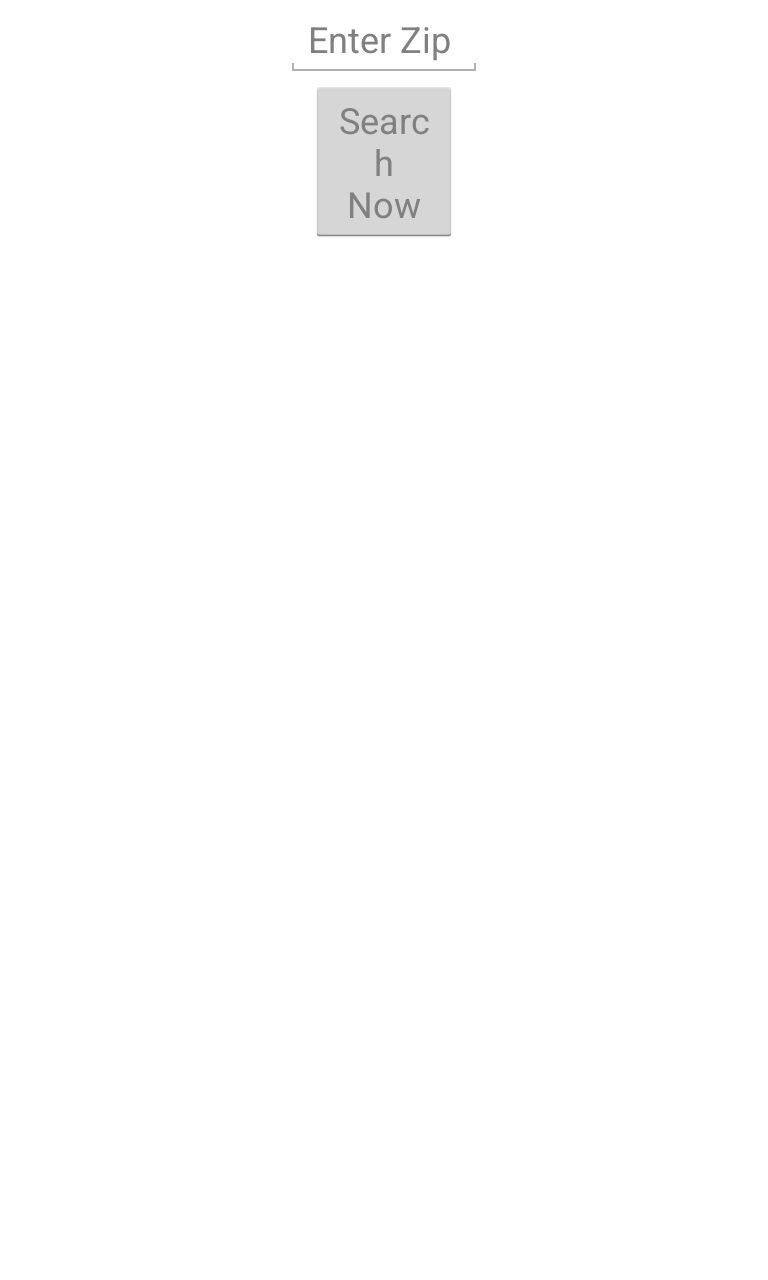
Repository: scottcaruso/Java_I_1307_Week4
Layout: myGov/res/layout/main_screen.xml
These files come from the project's save history. The layout is drawn as it stood at one moment and after the next save; the edit follows.
It is drawn on a 768 x 1280 px phone screen (xhdpi) without system bars, with theme AppTheme; the app's code is not run.

Above is the layout before, as saved 2013-08-01 19:09:53.

After the next save:
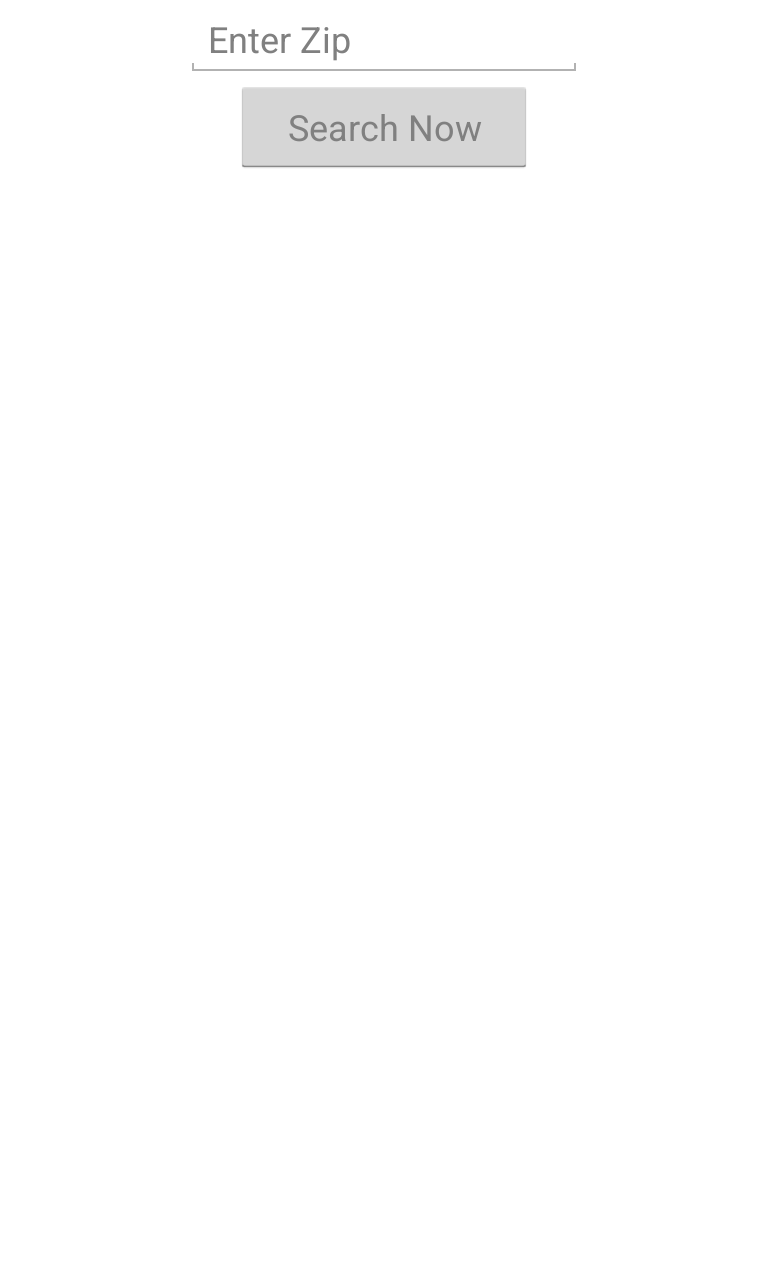
Saved 27 s later.
--- a/myGov/res/layout/main_screen.xml
+++ b/myGov/res/layout/main_screen.xml
@@ -7,7 +7,7 @@
 
     <EditText
         android:id="@+id/zipcodeentry"
-        android:layout_width="100dp"
+        android:layout_width="200dp"
         android:layout_height="wrap_content"
         android:layout_gravity="center"
         android:maxLength="5"
@@ -17,7 +17,7 @@
 
     <Button
         android:id="@+id/dosearchnow"
-        android:layout_width="75dp"
+        android:layout_width="150dp"
         android:layout_height="wrap_content"
         android:layout_gravity="center"
         android:hint="@string/search_now"
